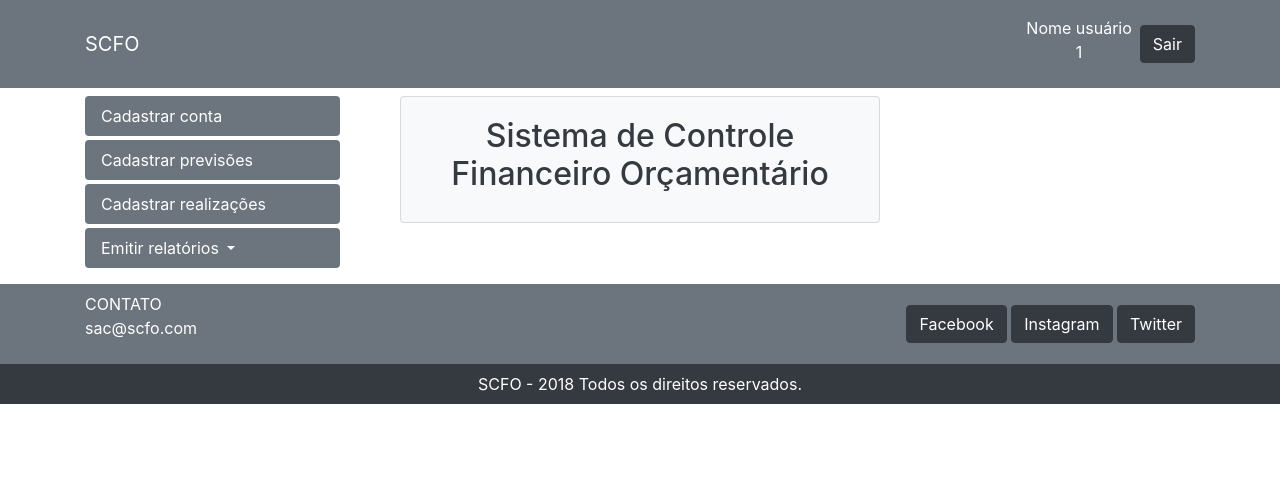
Repository: MaickSilva/scfoheroku
Page: http://localhost/logado.php
The author's editor kept a record of every edit. The page is drawn from the files as they stood at one moment, then again after the next edit.
The browser window is 1280 px wide. The pictures show the whole page.
Some web libraries are served in a nearby version. The page is run by PHP 8.4 with error messages shown; the project is at /var/www/html/. The session is filled in as if someone had signed in: {"UsuarioLog": true, "cpf": 1, "senha": 1}. Other server files are loaded and not shown.

Above is the page before.

### workspace/logado.php
<?php include "header.php" ?>
<?php
    session_start();
    if(!isset($_SESSION['UsuarioLog'])){
        header("Location: index.php");
        session_destroy();
    }

    if(isset($_GET['logout'])){
        session_destroy();
        header("Location: index.php");
    }
?>

    <?php include "navbarLogado.php" ?>

        <div class="container mb-3">
            <div class="row">
                <div class="col-12 col-sm-12 col-md-4 col-lg-3">
                    <div class="nav flex-column nav-pills mt-2" id="v-pills-tab" role="tablist" aria-orientation="vertical">
                        <a href="cadastrarConta.php" class="nav-link btn-secondary" id="cadastroConta" role="tab" aria-controls="v-pills-home" aria-selected="false">Cadastrar conta</a>
                        <a href="cadastrarPrevisao.php" class="nav-link btn-secondary mt-1" id="v-pills-profile-tab" role="tab" aria-controls="v-pills-profile" aria-selected="false">Cadastrar previsões</a>
                        <a href="inserirValores.php" class="nav-link btn-secondary mt-1" id="inserirValores" role="tab" aria-controls="v-pills-valores" aria-selected="false">Cadastrar realizações</a>
                        <div class="dropdown">
                          <a href="#" class="nav-link btn-secondary dropdown-toggle mt-1" id="dropdownMenuButton" aria-controls="v-pills-valores" data-toggle="dropdown" aria-haspopup="true" aria-expanded="true">
                            Emitir relatórios
                          </a>
                          <div class="dropdown-menu" aria-labelledby="dropdownMenuButton">
                            <a class="dropdown-item" href="#">Relatorio 1</a>
                            <a class="dropdown-item" href="#">Relatorio 2</a>
                            <a class="dropdown-item" href="#">Relatorio 3</a>
                          </div>
                        </div>
                    </div>
                </div>

                <div class="col-12 col-sm-12 col-md-8 col-lg-6">
                    <div class="card text-white bg-light mb-3 mt-2 mx-auto" style="max-width: 30rem;">
                        <div class="card-body">
                            <div class="container">
                                <form class="mx-auto text-dark " style="width: auto;" "card-text">
                                    <div class="container text-center">
                                        <h2>Sistema de Controle Financeiro Orçamentário</h2>
                                    </div>
                                </form>
                            </div>
                        </div>
                    </div>
                </div>
            </div>
        </div>

    <?php include "footer.php" ?>

</body>
</html>

### workspace/header.php
<!DOCTYPE html>
<html lang="pt-br">

<head>
    <meta charset="utf-8">
    <meta http-equiv="X-UA-Compatible" content="IE=edge">
    <meta name="viewport" content="width=device-width, initial-scale=1">
    <title>Sistema de Controle Financeiro Orçamentário</title>

    <!-- Bootstrap CSS-->
    <link rel="stylesheet" href="css/bootstrap.min.css">
    <link rel="stylesheet" href="css/style.css">

    <link rel="stylesheet" href="https://use.fontawesome.com/releases/v5.0.12/css/all.css" integrity="sha384-G0fIWCsCzJIMAVNQPfjH08cyYaUtMwjJwqiRKxxE/rx96Uroj1BtIQ6MLJuheaO9" crossorigin="anonymous">

    <!-- Formatação de textos -->
    <script>
        function formatar(mascara, documento){
          var i = documento.value.length;
          var saida = mascara.substring(0,1);
          var texto = mascara.substring(i)

          if (texto.substring(0,1) != saida){
                    documento.value += texto.substring(0,1);
          }

        }
    </script>
</head>

<body>

### workspace/navbarLogado.php
<nav class="navbar navbar-expand-md navbar-dark bg-secondary ">
    <div class="container">
        <a class="navbar-brand " href="logado.php">SCFO</a>
        <form class="form-inline">
            <ul class="list-unstyled text-white text-center ml-2 mr-2 pt-2">
                <li>
                    <p class="mb-0 ">Nome usuário</p>
                </li>
                <li>
                    <?php
                    echo " ".$_SESSION['cpf']
                    ?>

                </li>
            </ul>
            <button type="button" class="btn btn-dark">Sair</button>
        </form>
    </div>
</nav>

### workspace/footer.php


    <footer class="container-fluid navbar navbar-expand-md navbar-dark bg-secondary">
        <div class="container text-white">
            <p>CONTATO<br>
            <span>sac@scfo.com</span></p>

          <nav class="float-right">
              <span>
                  <button class="btn btn-dark">Facebook</button>
                  <button class="btn btn-dark">Instagram</button>
                  <button class="btn btn-dark">Twitter</button>
              </span>
          </nav>
        </div>
    </footer>

    <div class="container-fluid bg-dark text-center text-white p-2">SCFO - 2018 Todos os direitos reservados.</div>

  <script src="js/jquery-3.3.1.slim.min.js"></script>
  <script src="js/popper.min.js"></script>
  <script src="js/bootstrap.min.js"></script>

Loaded but not shown: workspace/css/bootstrap.min.css (library); workspace/js/jquery-3.3.1.slim.min.js (library); workspace/js/popper.min.js (library); workspace/js/bootstrap.min.js (library); workspace/css/style.css (no stored copy; drawn as an empty file)

After the next edit:
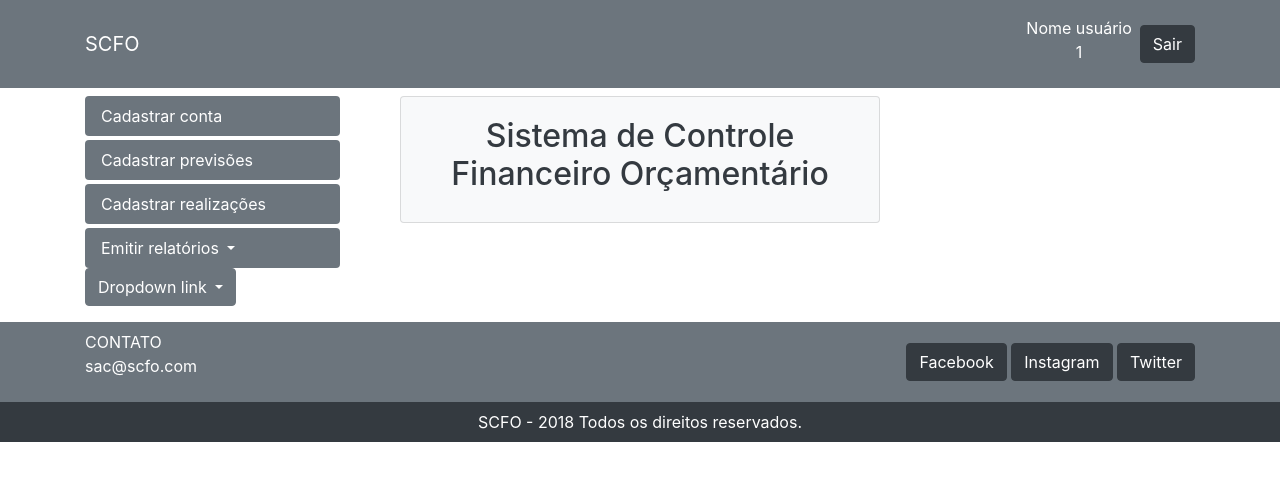
The edit:
--- a/workspace/logado.php
+++ b/workspace/logado.php
@@ -31,6 +31,17 @@
                             <a class="dropdown-item" href="#">Relatorio 3</a>
                           </div>
                         </div>
+                        <div class="dropdown">
+                          <a class="btn btn-secondary dropdown-toggle" href="#" role="button" id="dropdownMenuLink" data-toggle="dropdown" aria-haspopup="true" aria-expanded="false">
+                            Dropdown link
+                          </a>
+
+                          <div class="dropdown-menu" aria-labelledby="dropdownMenuLink">
+                            <a class="dropdown-item" href="#">Action</a>
+                            <a class="dropdown-item" href="#">Another action</a>
+                            <a class="dropdown-item" href="#">Something else here</a>
+                          </div>
+                        </div>
                     </div>
                 </div>
 

After the 2 edits that followed:
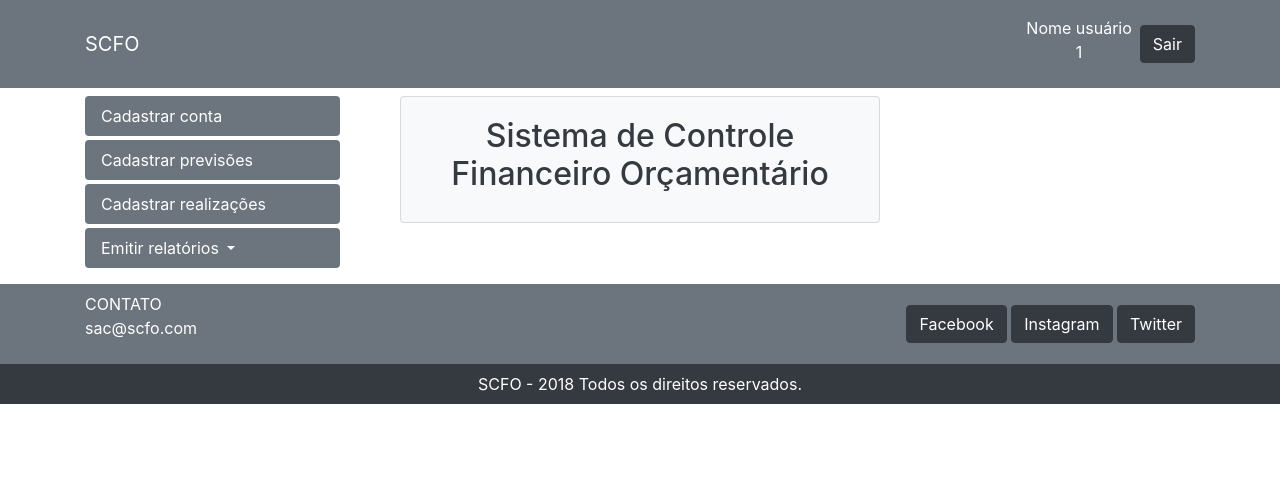
The 2 edits are shown as one change because 1 left the picture as it was.
The edit:
--- a/workspace/logado.php
+++ b/workspace/logado.php
@@ -25,21 +25,10 @@
                           <a href="#" class="nav-link btn-secondary dropdown-toggle mt-1" id="dropdownMenuButton" aria-controls="v-pills-valores" data-toggle="dropdown" aria-haspopup="true" aria-expanded="true">
                             Emitir relatórios
                           </a>
-                          <div class="dropdown-menu" aria-labelledby="dropdownMenuButton">
+                          <div class="dropdown-menu" aria-labelledby="dropdownMenuLink">
                             <a class="dropdown-item" href="#">Relatorio 1</a>
                             <a class="dropdown-item" href="#">Relatorio 2</a>
                             <a class="dropdown-item" href="#">Relatorio 3</a>
-                          </div>
-                        </div>
-                        <div class="dropdown">
-                          <a class="btn btn-secondary dropdown-toggle" href="#" role="button" id="dropdownMenuLink" data-toggle="dropdown" aria-haspopup="true" aria-expanded="false">
-                            Dropdown link
-                          </a>
-
-                          <div class="dropdown-menu" aria-labelledby="dropdownMenuLink">
-                            <a class="dropdown-item" href="#">Action</a>
-                            <a class="dropdown-item" href="#">Another action</a>
-                            <a class="dropdown-item" href="#">Something else here</a>
                           </div>
                         </div>
                     </div>
